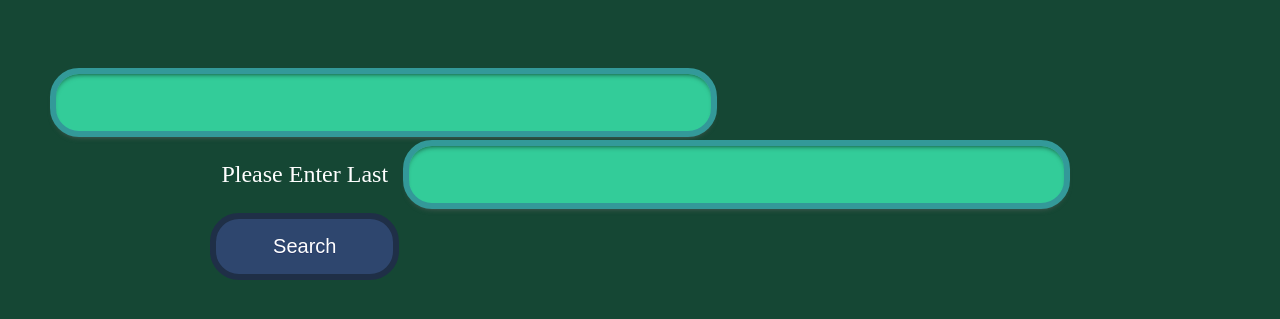
Repository: prajaktamore/Web-Based-Programming-3
Page: http://localhost/BinaryCalculator/submittal.jsp
These files come from the project's save history. The page is drawn as it stood at one moment and after the next save; the edit follows.
The browser window is 1280 px wide. The pictures show the whole page.
The page is served by Tomcat 9.

Above is the page before, as saved 2014-05-03 07:32:24.

After the next save:
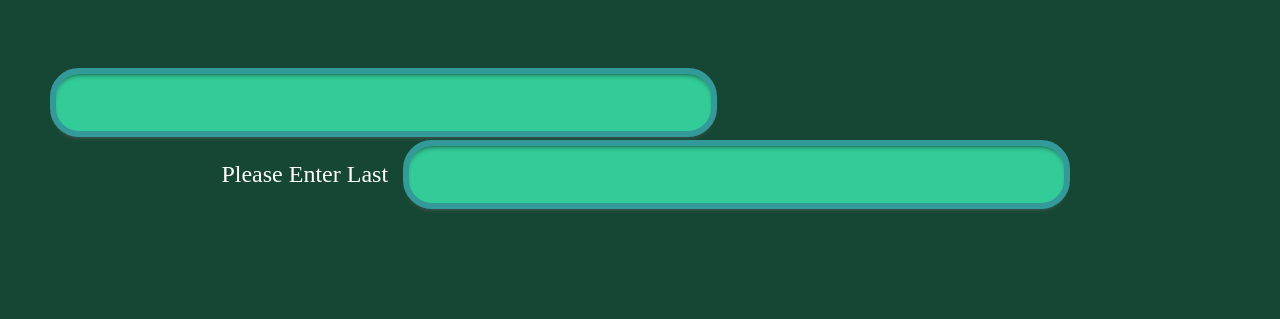
Saved 23 s later.
--- a/BinaryCalculator/WebContent/submittal.jsp
+++ b/BinaryCalculator/WebContent/submittal.jsp
@@ -19,7 +19,7 @@
              			 <td align="center"> <input id="lastname" name="lastname" type="text" style ="background: #33CC99; height:55px; width: 600px;text-align:right;font-size:35px; border-radius: 2em; border:6px solid #339999;border-radius:29px; color: #fff; padding-left: 1.5em; outline: none; box-shadow: 0 4px 6px -5px hsl(0, 0%, 40%), inset 0px 4px 6px -5px hsl(0, 0%, 2%)"/></td>
  					</tr>
   					<tr>
-						<td align="center"><input type="submit" name="Search" value="Search" style="background-color: #2e466e; color: #ffff; border-radius: 10px;border:6px solid #1f2f47;border-radius:29px;padding:16px 57px;text-shadow:0px 1px 0px #263666;font-size:20px;">
+						<td align="center"><input type="submit" name="Search" value="Search" style="visibility:hidden;background-color: #2e466e; color: #ffff; border-radius: 10px;border:6px solid #1f2f47;border-radius:29px;padding:16px 57px;text-shadow:0px 1px 0px #263666;font-size:20px;">
 					</tr>
  </table>
  </form>
